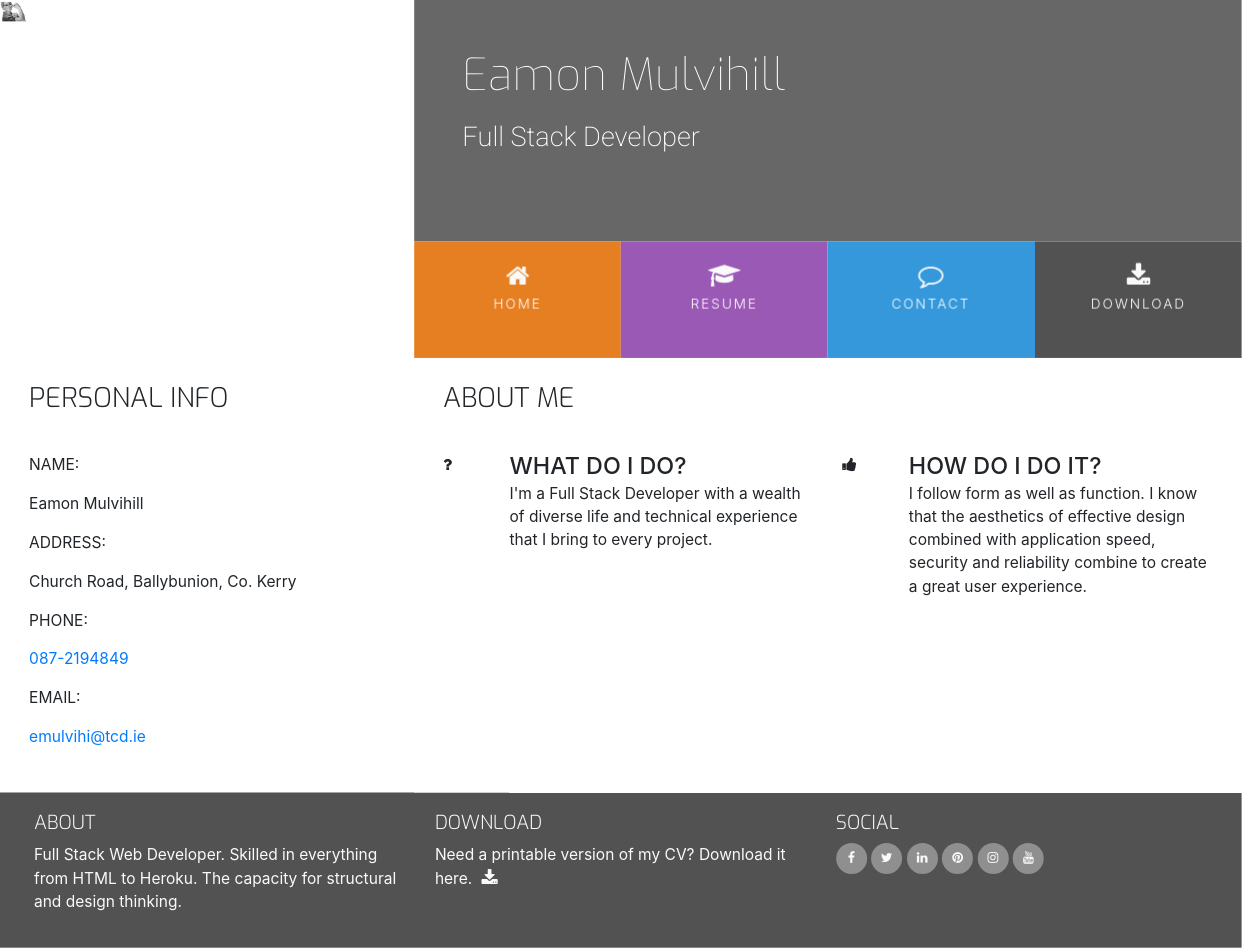
Repository: emulvihi/interactive-cv
Page: resume.html
The author's editor kept a record of every edit. The page is drawn from the files as they stood at one moment, then again after the next edit.
The browser window is 1280 px wide. The pictures show the whole page, at 97% of full size.

Above is the page before.

### resume.html
<!DOCTYPE html>
<html lang="en">

<head>
    <meta charset="UTF-8">
    <meta name="viewport" content="width=device-width, initial-scale=1.0">
    <meta http-equiv="X-UA-Compatible" content="ie=edge">
    <link rel="stylesheet" href="https://stackpath.bootstrapcdn.com/bootstrap/4.3.1/css/bootstrap.min.css" type="text/css" />
    <link rel="stylesheet" href="https://stackpath.bootstrapcdn.com/font-awesome/4.7.0/css/font-awesome.min.css" type="text/css">
    <link rel="stylesheet" href="https://cdnjs.cloudflare.com/ajax/libs/hover.css/2.3.1/css/hover-min.css" type="text/css" />
    <link rel="stylesheet" href="assets/css/style.css" type="text/css" />
    <title>Eamon</title>
</head>

<body>
    <header>
        <div class="row no-gutters">
            <div class="col-md-4">
                <a href="index.html" class="col-md-4 logo">

                </a>
            </div>
            <div class="col-md-8">
                <div class="row no-gutters bg-color-name-title">
                    <div class="col heading">
                        <h1 class="name">Eamon Mulvihill</h1>
                        <h2 class="title">Full Stack Developer</h2>
                    </div>
                </div>
                <div class="row no-gutters">
                    <div class="col">
                        <ul id="nav" class="list-inline menucontainer">
                            <li class="col-6 col-sm-3 ui-menu-color-home list-inline-item menuitem">
                                <a href="" class="hvr-sweep-to-bottom"><i class="fa fa-home" aria-hidden="true"></i><span>Home</span></a>
                            </li>
                            <li class="col-6 col-sm-3 ui-menu-color-resume list-inline-item menuitem">
                                <a href="" class="hvr-sweep-to-bottom"><i class="fa fa-graduation-cap" aria-hidden="true"></i><span>Resume</span></a>
                            </li>
                            <li class="col-6 col-sm-3 ui-menu-color-contact list-inline-item menuitem">
                                <a href="" class="hvr-sweep-to-bottom"><i class="fa fa-comment-o" aria-hidden="true"></i><span>Contact</span></a>
                            </li>
                            <li class="col-6 col-sm-3 ui-menu-color-download list-inline-item menuitem">
                                <a href="" class="hvr-sweep-to-bottom"><i class="fa fa-download" aria-hidden="true"></i><span>Download</span></a>
                            </li>
                        </ul>
                    </div>
                </div>
            </div>
        </div>
    </header>
    <section class="container-fluid">
        <div class="row">
            <div class="col-md-4 bg-color-personal-info section-column">
                <div class="row">
                    <div class="col-12">
                        <h3 class="section-heading uppercase">
                            Personal Info
                        </h3>
                    </div>
                </div>
                <div class="personal-info-item">
                    <div class="key">
                        <p class="uppercase">
                            Name:
                        </p>
                    </div>
                    <div class="value">
                        <p>
                            Eamon Mulvihill
                        </p>
                    </div>
                </div>
                <div class="personal-info-item">
                    <div class="key">
                        <p class="uppercase">
                            Address:
                        </p>
                    </div>
                    <div class="value">
                        <p>
                            Church Road, Ballybunion, Co. Kerry
                        </p>
                    </div>
                </div>
                <div class="personal-info-item">
                    <div class="key">
                        <p class="uppercase">
                            Phone:
                        </p>
                    </div>
                    <div class="value">
                        <p>
                            <a href="tel:+353872194849">087-2194849</a>
                        </p>
                    </div>
                </div>
                <div class="personal-info-item">
                    <div class="key">
                        <p class="uppercase">
                            Email:
                        </p>
                    </div>
                    <div class="value">
                        <p>
                            <a href="mailto:emulvihi@tcd.ie">emulvihi@tcd.ie</a>
                        </p>
                    </div>
                </div>
            </div>
            <div class="col-md-8 bg-color-three-reasons section-column">
                <div class="row">
                    <div class="col">
                        <h3 class="section-heading uppercase">About Me</h3>
                    </div>
                </div>
                <div class="row">
                    <div class="col-10 offset-1 offset-sm-0 col-sm-4 col-md-6">
                        <div class="row">
                            <div class="col-2">
                                <i class="three-reasons-icon fa fa-question" aria-hidden="true"></i>
                            </div>
                            <div class="col-10">
                                <h4 class="three-reasons-heading uppercase">What do I do?</h4>
                                <p>
                                    I'm a Full Stack Developer with a wealth of diverse life and technical experience that I bring to every project.
                                </p>
                            </div>
                        </div>
                    </div>
                    <div class="col-10 offset-1 offset-sm-0 col-sm-4 col-md-6">
                        <div class="row">
                            <div class="col-2">
                                <i class="three-reasons-icon fa fa-thumbs-up" aria-hidden="true"></i>
                            </div>
                            <div class="col-10">
                                <h4 class="three-reasons-heading uppercase">How do I do it?</h4>
                                <p>
                                    I follow form as well as function. I know that the aesthetics of effective design combined with application speed, security and reliability combine to create a great user experience.
                                </p>
                            </div>
                        </div>
                    </div>
                </div>
            </div>
        </div>

    </section>
    <footer class="container-fluid">
        <div id="footer-details" class="row">
            <div class="col-sm-4">
                <h5 class="uppercase general-sub">About</h5>
                <p class="inline-block">
                    Full Stack Web Developer. Skilled in everything from HTML to Heroku. The capacity for structural and design thinking.
                </p>
            </div>
            <div class="col-sm-4">
                <h5 class="uppercase general-sub">Download</h5>
                <p class="inline-block">
                    Need a printable version of my CV? Download it here.
                    <a href="#" target="_blank" class="cv-pdf">
                        <i class="fa fa-download" aria-hidden="true"></i>
                        <span class="sr-only">Download link.</span>
                    </a>
                </p>
            </div>
            <div class="col-sm-4">
                <h5 class="uppercase general-sub">Social</h5>
                <ul class="list-inline social-links">
                    <li class="list-inline-item">
                        <a href="#" target="_blank">
                            <i class="fa fa-facebook" aria-hidden="true"></i>
                            <span class="sr-only">Facebook</span>
                        </a>
                    </li>
                    <li class="list-inline-item">
                        <a href="#" target="_blank">
                            <i class="fa fa-twitter" aria-hidden="true"></i>
                            <span class="sr-only">Twitter</span>
                        </a>
                    </li>
                    <li class="list-inline-item">
                        <a href="#" target="_blank">
                            <i class="fa fa-linkedin" aria-hidden="true"></i>
                            <span class="sr-only">LinkedIn</span>
                        </a>
                    </li>
                    <li class="list-inline-item">
                        <a href="#" target="_blank">
                            <i class="fa fa-pinterest" aria-hidden="true"></i>
                            <span class="sr-only">Pinterest</span>
                        </a>
                    </li>
                    <li class="list-inline-item">
                        <a href="#" target="_blank">
                            <i class="fa fa-instagram" aria-hidden="true"></i>
                            <span class="sr-only">Instagram</span>
                        </a>
                    </li>
                    <li class="list-inline-item">
                        <a href="#" target="_blank">
                            <i class="fa fa-youtube" aria-hidden="true"></i>
                            <span class="sr-only">Youtube</span>
                        </a>
                    </li>
                </ul>
            </div>
        </div>
    </footer>
</body>

</html>

### assets/css/style.css
@import url('https://fonts.googleapis.com/css?family=Roboto:100,200,300,400,500,600,700|Exo:100,200,300,400,500,600,700');

/* ---------------------------- Colours */

.bg-color-name-title {
    background-color: #676767;
}

.bg-color-three-reasons {
    background-color: #fff;
}

.ui-menu-color-home {
    background-color: #e67e22;
}

.ui-menu-color-resume {
    background-color: #9b59b6;
}

.ui-menu-color-contact {
    background-color: #3498db;
}

.ui-menu-color-download {
    background-color: #525252;
}

/* ---------------------------- Special paddings/margins/text */

h1,
h2,
h3,
h4 {
    margin: 0;
}

.uppercase {
    text-transform: uppercase;
}

.general-sub {
    font-family: "Exo", sans-serif;
    font-weight: 300;
    color: #fafafa;
}

.inline-block {
    display: inline-block;
}

.row-table {
    display: table;
}

.section-column {
    display: table-cell;
    padding: 0 30px 30px;
    float: none;
}

.section-heading {
    font-family: "Exo", sans-serif;
    font-weight: 300;
    margin-top: 25px;
    margin-bottom: 40px;
}

/* ---------------------------- Heading */

header {
    margin: 0;
}

.heading {
    margin-left: 50px;
}

.logo {
    background: url("../images/rosie.jpg");
    background-position: center;
    background-repeat: no-repeat;
    background-size: cover;
    min-height: 360px;
    transition: all .5s ease-in-out;
    -moz-transition: all .5s ease-in-out;
    -webkit-transition: all .5s ease-in-out;
}

.name {
    font-family: "Exo", sans-serif;
    font-weight: 100;
    font-size: 46px;
    margin-top: 50px;
    color: #fff;
}

.title {
    font-family: "Roboto", sans-serif;
    font-weight: 200;
    font-size: 28px;
    margin-top: 20px;
    margin-bottom: 90px;
    color: #fff;
}

.list-inline-item:not(:last-child) {
    margin: 0;
}

.menucontainer {
    font-size: 0;
}

#nav {
    margin: 0;
}

#nav li {
    font-size: 14px;
    padding: 0;
}

.menuitem {
    height: 120px;
    text-align: center;
    padding: 0;
}

.menuitem a {
    width: 100%;
    text-decoration: none;
    color: #fff;
    height: 120px;
}

.menuitem a i {
    padding-top: 22px;
    display: block;
    color: #fafafa;
    font-size: 26px;
}

.menuitem span {
    display: block;
    width: 100%;
    padding-top: 5px;
    text-align: center;
    text-transform: uppercase;
    font-size: 14px;
    font-weight: 300;
    letter-spacing: 2px;
}

/* ---------------------------- Hover */

.hvr-sweep-to-bottom:before {
    background-color: rgba(0, 0, 0, 0.2);
    height: 120px;
}

/* ---------------------------- Footer */

footer {
    background-color: #525252;
    color: #fafafa;
    min-height: 120px;
}

.cv-pdf i {
    font-size: 18px;
    color: #fafafa;
    text-align: center;
    padding-left: 5px;
    transition: all 0.35s ease-in-out;
    -moz-transition: all 0.35s ease-in-out;
    -webkit-transition: all 0.35s ease-in-out;
    -o-transition: all 0.35s ease-in-out;
}

.cv-pdf i:hover {
    color: #e84610;
}

.social-links {
    padding-bottom: 15px;
}

.social-links li a i {
    width: 32px;
    height: 32px;
    padding: 12px 0;
    border-radius: 50%;
    font-size: 13px;
    line-height: 7px;
    text-align: center;
    color: #fafafa;
    background-color: #8f8f8f;
    transition: all 0.35s ease-in-out;
    -moz-transition: all 0.35s ease-in-out;
    -webkit-transition: all 0.35s ease-in-out;
    -o-transition: all 0.35s ease-in-out;
}

.social-links li a i:hover {
    background-color: #e84610;
}

#footer-details {
    padding: 20px;
}

After the next edit:
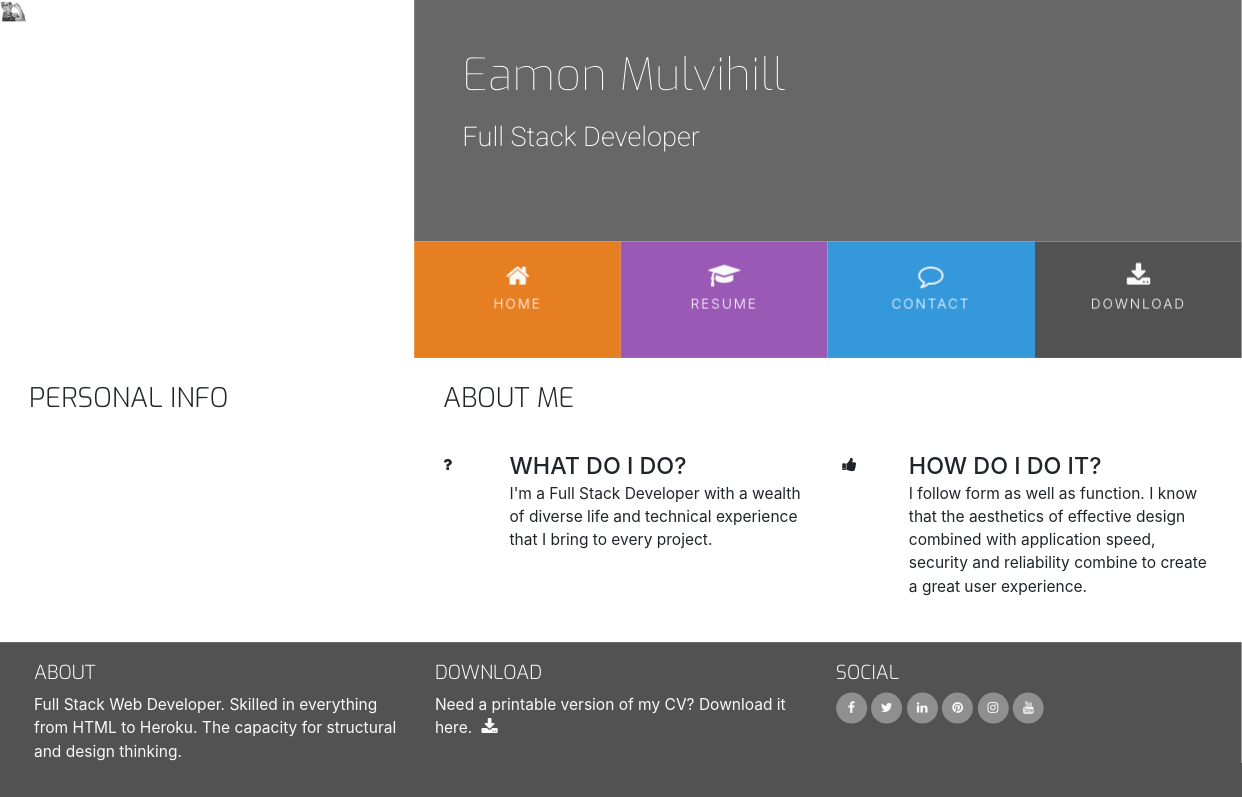
The edit:
--- a/resume.html
+++ b/resume.html
@@ -56,54 +56,6 @@
                         <h3 class="section-heading uppercase">
                             Personal Info
                         </h3>
-                    </div>
-                </div>
-                <div class="personal-info-item">
-                    <div class="key">
-                        <p class="uppercase">
-                            Name:
-                        </p>
-                    </div>
-                    <div class="value">
-                        <p>
-                            Eamon Mulvihill
-                        </p>
-                    </div>
-                </div>
-                <div class="personal-info-item">
-                    <div class="key">
-                        <p class="uppercase">
-                            Address:
-                        </p>
-                    </div>
-                    <div class="value">
-                        <p>
-                            Church Road, Ballybunion, Co. Kerry
-                        </p>
-                    </div>
-                </div>
-                <div class="personal-info-item">
-                    <div class="key">
-                        <p class="uppercase">
-                            Phone:
-                        </p>
-                    </div>
-                    <div class="value">
-                        <p>
-                            <a href="tel:+353872194849">087-2194849</a>
-                        </p>
-                    </div>
-                </div>
-                <div class="personal-info-item">
-                    <div class="key">
-                        <p class="uppercase">
-                            Email:
-                        </p>
-                    </div>
-                    <div class="value">
-                        <p>
-                            <a href="mailto:emulvihi@tcd.ie">emulvihi@tcd.ie</a>
-                        </p>
                     </div>
                 </div>
             </div>
